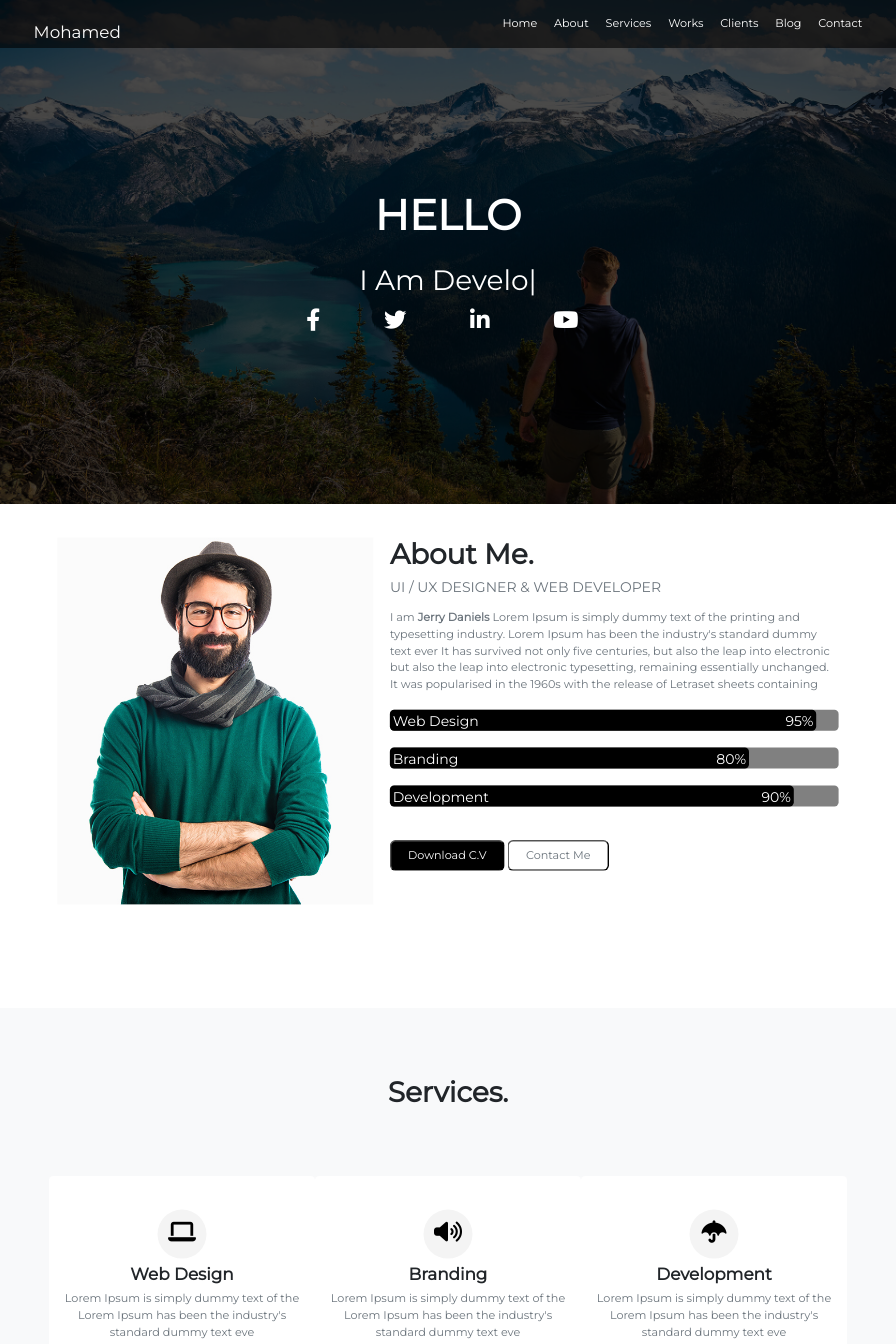
Repository: Souldeer0020/daniels-portofolio
Page: index.html
An editor plug-in stored every save of this project. The page is shown before and after the next save, followed by the edit.
The browser window is 1280 px wide. The pictures show the part of the page from y = 0 to 1920 px (the page is 5468 px tall), at 70% of full size.

Above is the page before, as saved 2025-12-27 21:08:05.

After the next save:
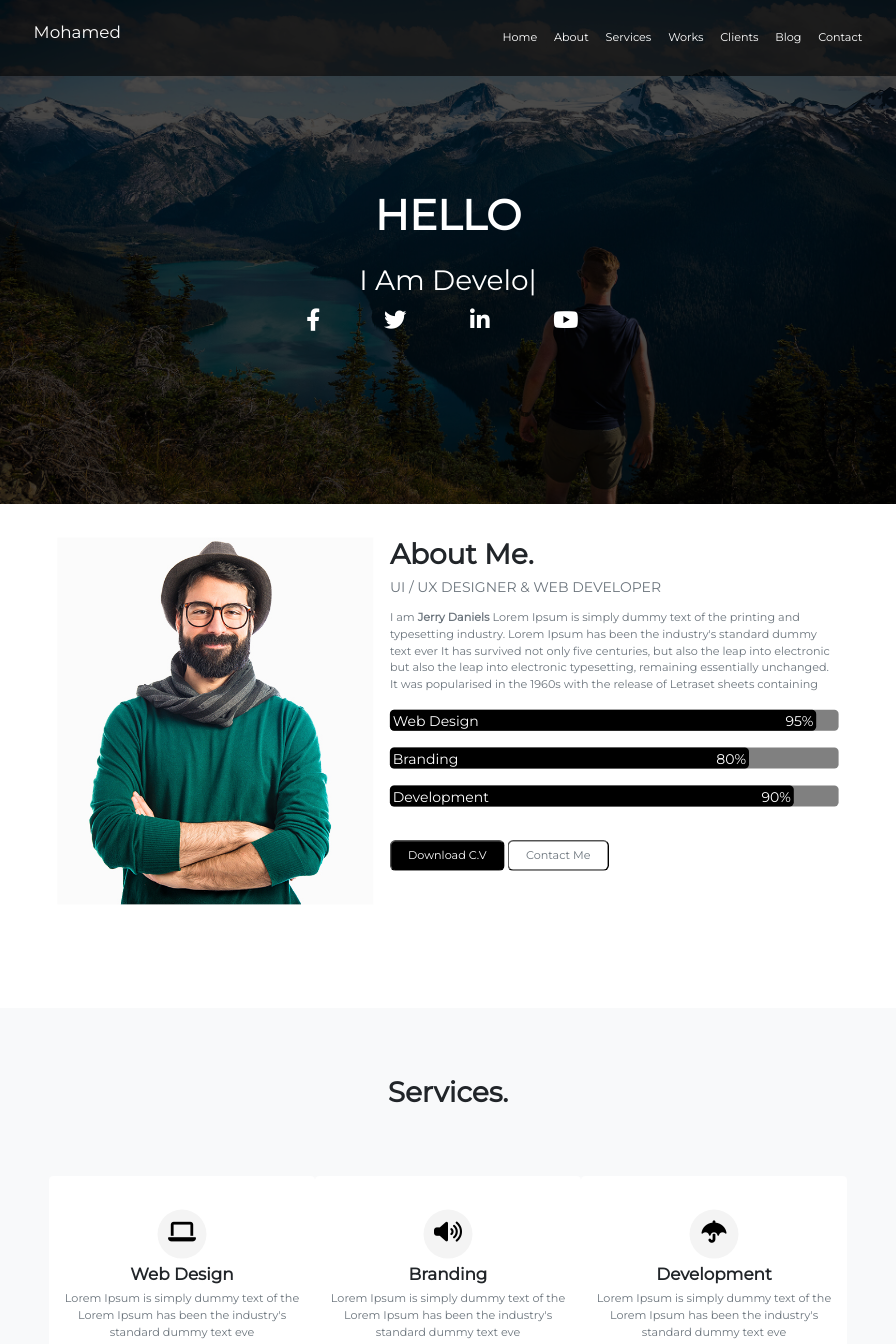
Saved 10 s later.
--- a/index.html
+++ b/index.html
@@ -9,7 +9,7 @@
     <header class="vh-100 w-100 " id="home">
         <div class="layout vh-100 w-100 d-flex justify-content-center align-items-center position-relative">
             <nav class="position-fixed pt-md-3 top-0 start-0 end-0 d-flex align-items-center justify-content-between">
-                <a href="#home"><h1 class="px-md-5 pt-md-3 mb-2">Mohamed</h1></a>
+                <a href="#home"><h1 class="px-md-5 pt-md-3 mb-5">Mohamed</h1></a>
                 <ul class="d-flex align-items-center pe-md-4">
                     <li class="pe-md-4 "><a href="#home">Home</a></li>
 
